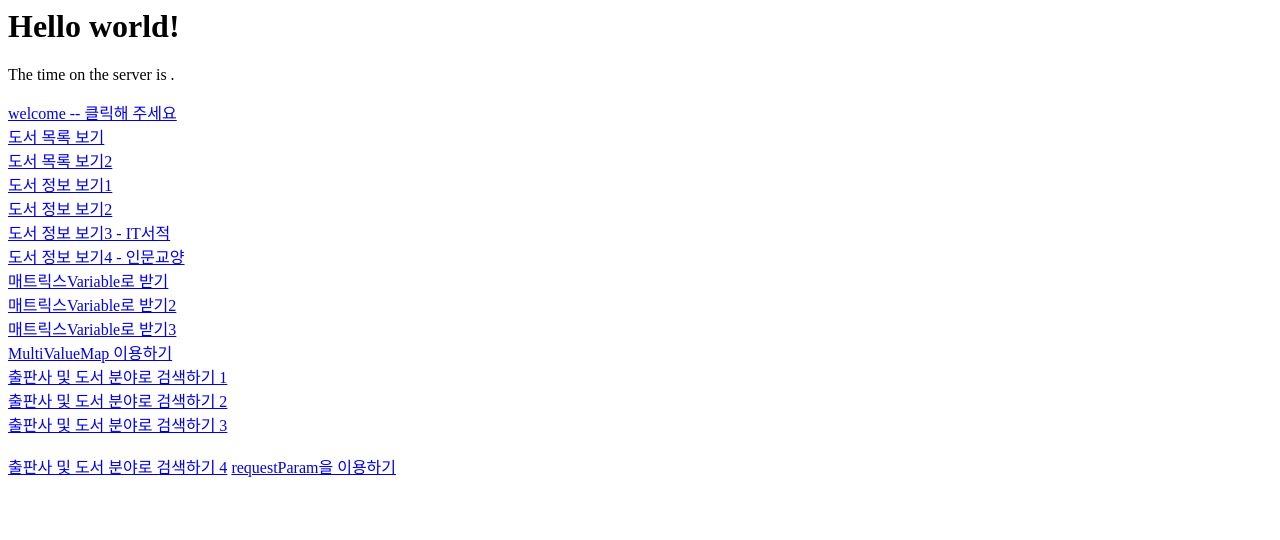
Repository: heojun0827/SpringLegacy
Page: http://localhost/book/WEB-INF/views/home.jsp
An editor plug-in stored every save of this project. The page is shown before and after a run of saves, followed by the edit.
The browser window is 1280 px wide. The pictures show the whole page.
The page is served by Tomcat 9. Nobody is signed in. Other server files are loaded and not shown. The template is opened directly, without the code that normally fills it, so the values that code supplies are empty.

Above is the page before, as saved 2023-07-12 02:55:16.

### book/src/main/webapp/WEB-INF/views/home.jsp
<%@ page language="java" contentType="text/html; charset=UTF-8" pageEncoding="UTF-8"%>
<%@ taglib uri="http://java.sun.com/jsp/jstl/core" prefix="c" %>
<%@ page session="false" %>
<html>
<head>
	<title>Home</title>
</head>
<body>
	<h1>
		Hello world!
	</h1>

	<P>  The time on the server is ${serverTime}. </P>
	<a href="/home">welcome -- 클릭해 주세요</a><br>
	<a href="/books">도서 목록 보기</a><br>
	<a href="/books/all">도서 목록 보기2</a><br>
	<a href="/test/t1/ISBN-13">도서 정보 보기1</a><br>
	<a href="/test/t2/에세이/publisher/대학문화사">도서 정보 보기2</a><br>
	<a href="/books/IT서적">도서 정보 보기3 - IT서적</a><br>
	<a href="/books/인문교양">도서 정보 보기4 - 인문교양</a><br>
	<a href="/test/t3/ISBN=300;category=인문교양">매트릭스Variable로 받기</a><br>
	<a href="/test/t5/ISBN-500;publisher=좋은책/category/IT서적;publisher=아이티">매트릭스Variable로 받기2</a><br>
	<a href="/test/t6/ISBN=600">매트릭스Variable로 받기3</a><br>
	<a href="/test/t7/ISBN=700;publisher=더조은;name=스프링/category/IT서적;publisher=아이티;author=아카데미">MultiValueMap 이용하기</a><br>
	<a href = "/books/filter/bookFilter;publisher=한길사;category=인문교양">출판사 및 도서 분야로 검색하기 1</a><br>
	<a href = "/books/filter/bookFilter;publisher=한빛아카데미;category=IT서적">출판사 및 도서 분야로 검색하기 2</a><br>
	<a href = "/books/filter/bookFilter;publisher=이지스퍼블리싱;category=IT서적"">출판사 및 도서 분야로 검색하기 3</a><br><br>

	<!--  이지스퍼블리싱 출판사에 도서분야가 IT서적, 인문교양 두개가 있다면 아래와 같이 작성하면됨 -->
	<a href="/books/filter/bookFilter;publisher=이지스퍼블리싱;category=IT서적,인문교양">출판사 및 도서 분야로 검색하기 4</a>
	<a href="/test/t8?id=ISBN-1234">requestParam을 이용하기</a>
</body>
</html>

After the next 2 saves:
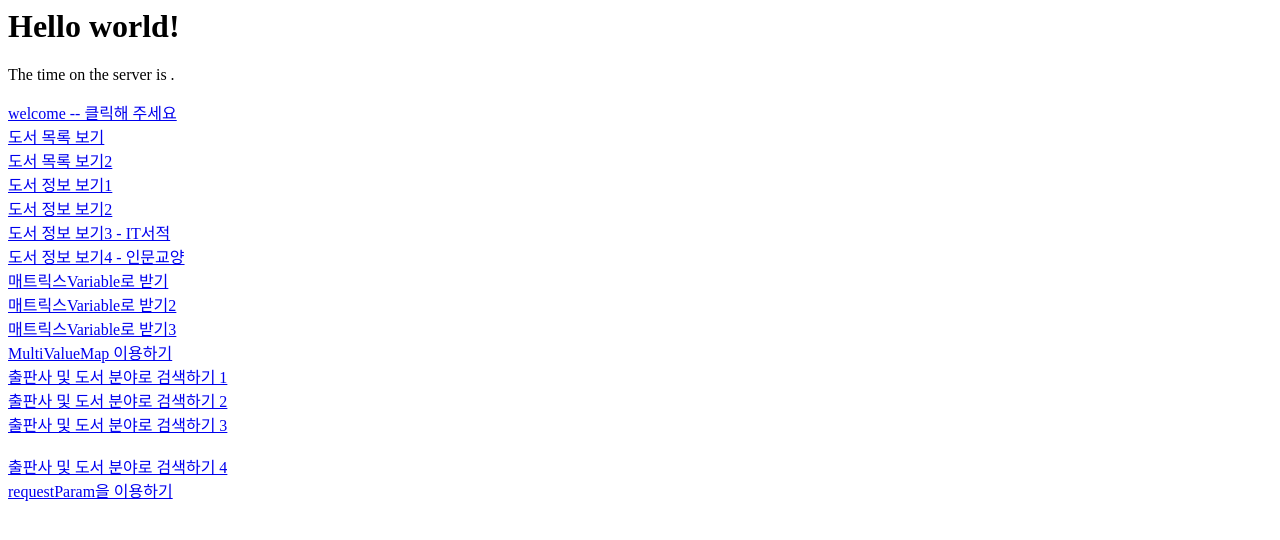
The 2 saves are shown as one change because they came seconds apart.
The last was saved 9 s later.
--- a/book/src/main/webapp/WEB-INF/views/home.jsp
+++ b/book/src/main/webapp/WEB-INF/views/home.jsp
@@ -27,7 +27,7 @@
 	<a href = "/books/filter/bookFilter;publisher=이지스퍼블리싱;category=IT서적"">출판사 및 도서 분야로 검색하기 3</a><br><br>
 
 	<!--  이지스퍼블리싱 출판사에 도서분야가 IT서적, 인문교양 두개가 있다면 아래와 같이 작성하면됨 -->
-	<a href="/books/filter/bookFilter;publisher=이지스퍼블리싱;category=IT서적,인문교양">출판사 및 도서 분야로 검색하기 4</a>
-	<a href="/test/t8?id=ISBN-1234">requestParam을 이용하기</a>
+	<a href="/books/filter/bookFilter;publisher=이지스퍼블리싱;category=IT서적,인문교양">출판사 및 도서 분야로 검색하기 4</a><br>
+	<a href="/test/t8?id=ISBN-1234">requestParam을 이용하기</a><br>
 </body>
 </html>
